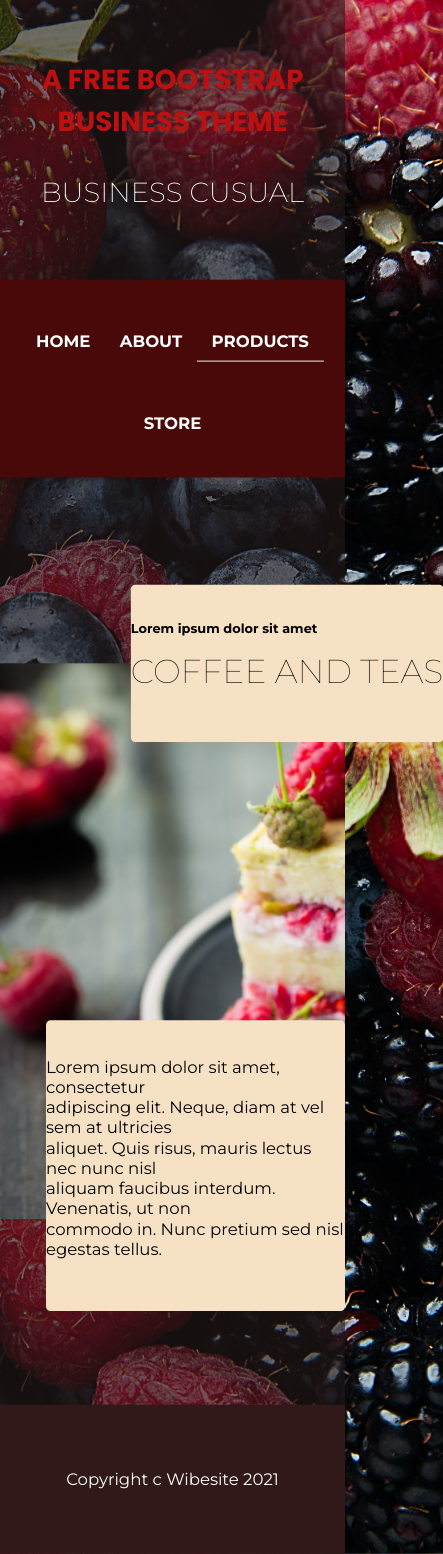
Repository: wadelfadill/tache_7_Business_bootstrap_theme
Page: product.html
The author's editor kept a copy of each file at every save. The page is drawn from the files as they stood at one save, then again after the next save.
The browser window is 375 px wide. The page is 482 px wide, then 375 px, then 482 px, so the pictures cover 482 px, including what lies to the right of the window. The pictures show the whole page, at 92% of full size.

Above is the page before, as saved 2023-04-28 11:05:41.

After the next save:
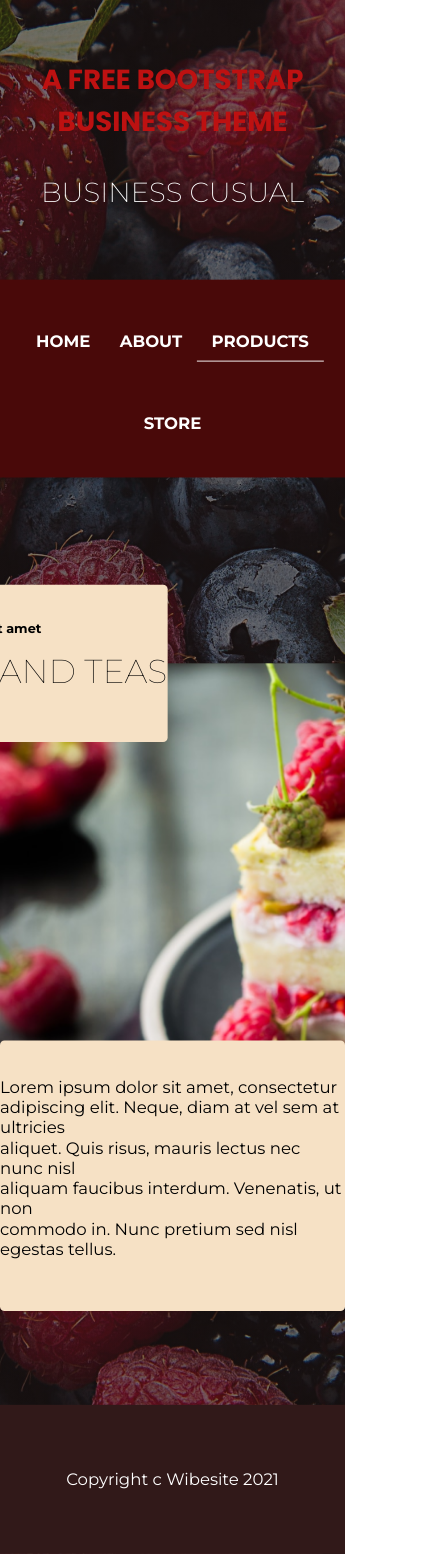
Saved 10 min 11 s later.
--- a/css/product_style.css
+++ b/css/product_style.css
@@ -79,3 +79,11 @@
     }
 
 }
+@media screen and (max-width:550px) {
+    #first_section .box-bottom{
+        left: 0px;
+    }
+    #first_section .box-top{
+        left: 0px !important;
+    }
+}

After the save that followed:
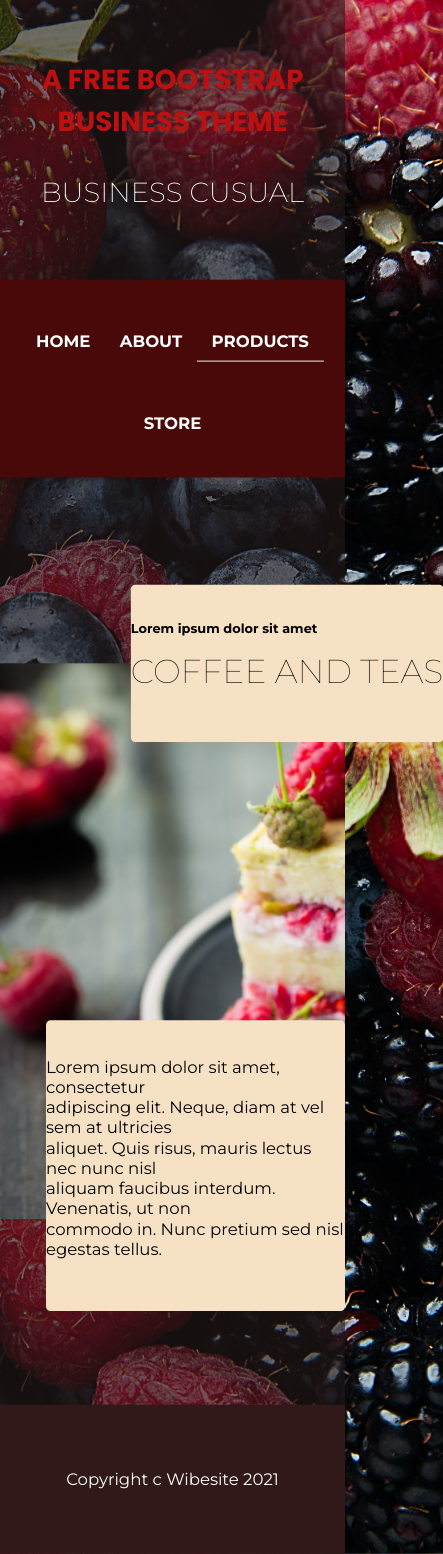
Saved 38 s later.
--- a/css/product_style.css
+++ b/css/product_style.css
@@ -80,10 +80,10 @@
 
 }
 @media screen and (max-width:550px) {
-    #first_section .box-bottom{
-        left: 0px;
+     #first_section .box-bottom{
+        left: 50px;
     }
     #first_section .box-top{
-        left: 0px !important;
+        left: 300px !important;
     }
 }
